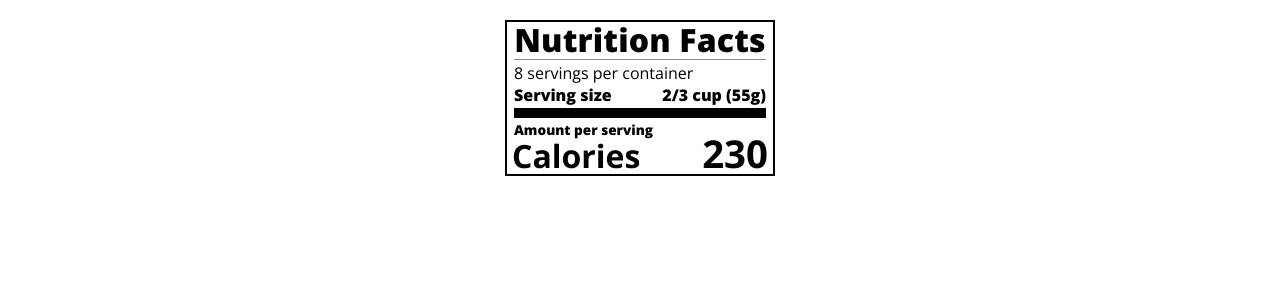
Repository: AimenDje/NutritionLabel
Page: index.html
An editor plug-in stored every save of this project. The page is shown before and after the next save, followed by the edit.
The browser window is 1280 px wide. The pictures show the whole page.

Above is the page before, as saved 2025-08-30 22:32:02.

After the next save:
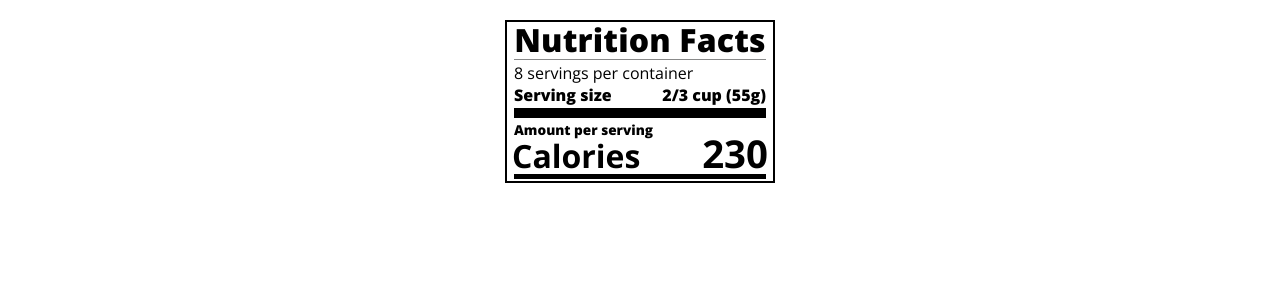
Saved 52 s later.
--- a/styles.css
+++ b/styles.css
@@ -72,3 +72,7 @@ p{
   font-weight: 700;
   margin : -7px -2px;
 }
+
+.medium{
+  height:5px;
+}
